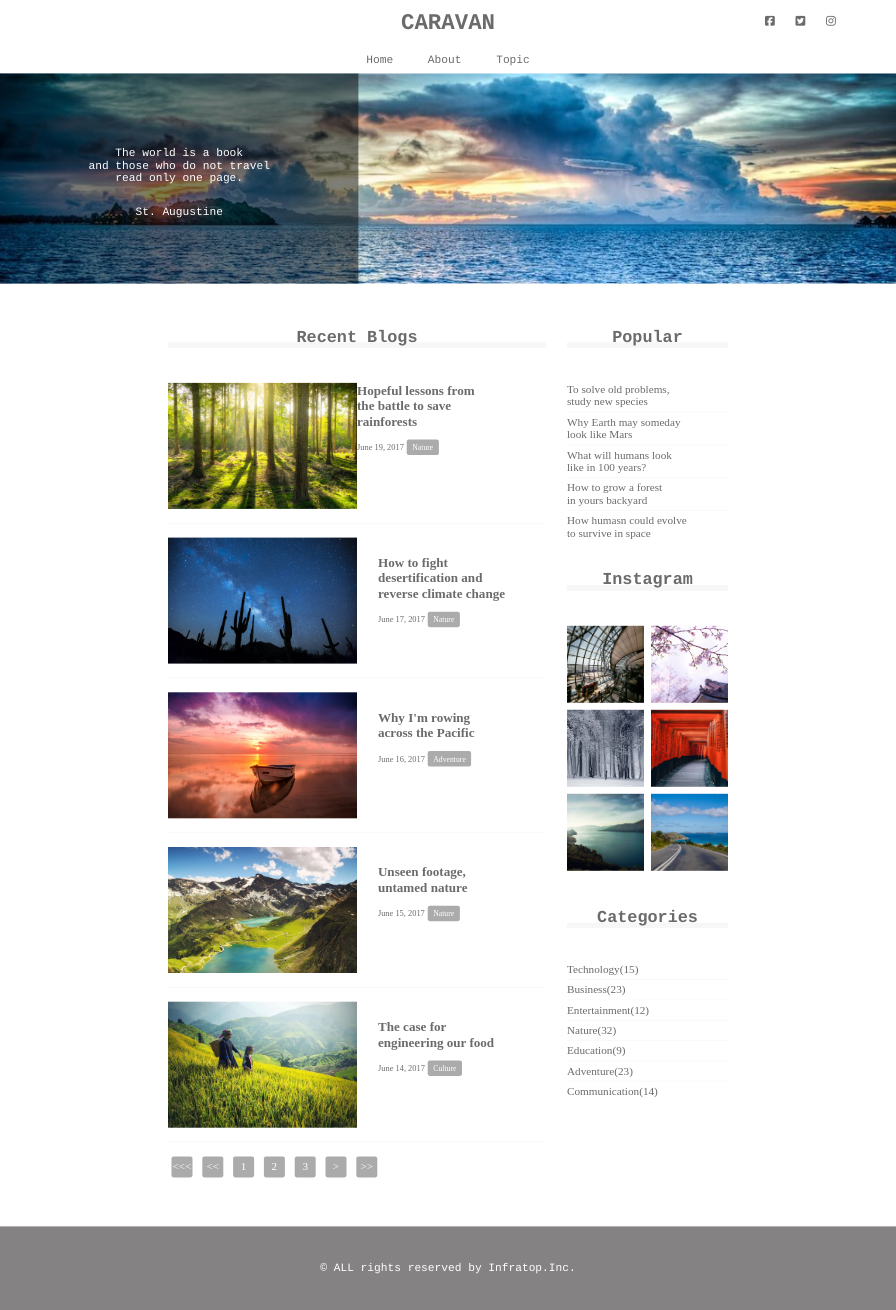
Repository: sweetyk0168/git-kadai3
Page: caravan/index.html
The author's editor kept a record of every edit. The page is drawn from the files as they stood at one moment, then again after the next edit.
The browser window is 1280 px wide. The pictures show the whole page, at 70% of full size.
Some web libraries are served in a nearby version.

Above is the page before.

After the next edit:
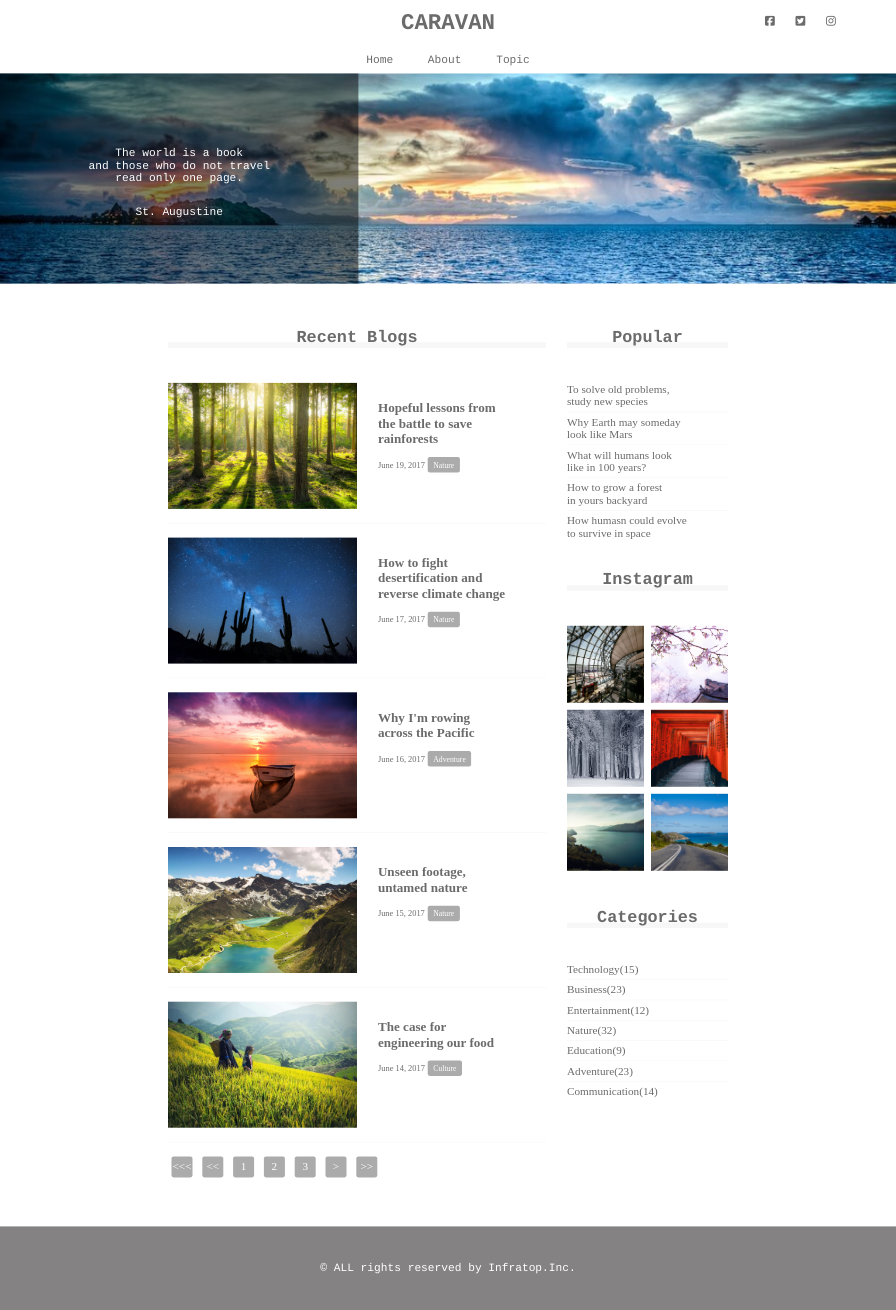
The edit:
--- a/caravan/index.html
+++ b/caravan/index.html
@@ -57,7 +57,7 @@
           <div class="blog-box">
           <div class="blog-item">
               <img class="blog-image" src="img/forest.jpg" />
-              <section class="blog-text-heading">
+              <section class="blog-text">
                 <h3 class="blog-text-heading">
                   <a href="single.html">
                     Hopeful lessons from<br>
